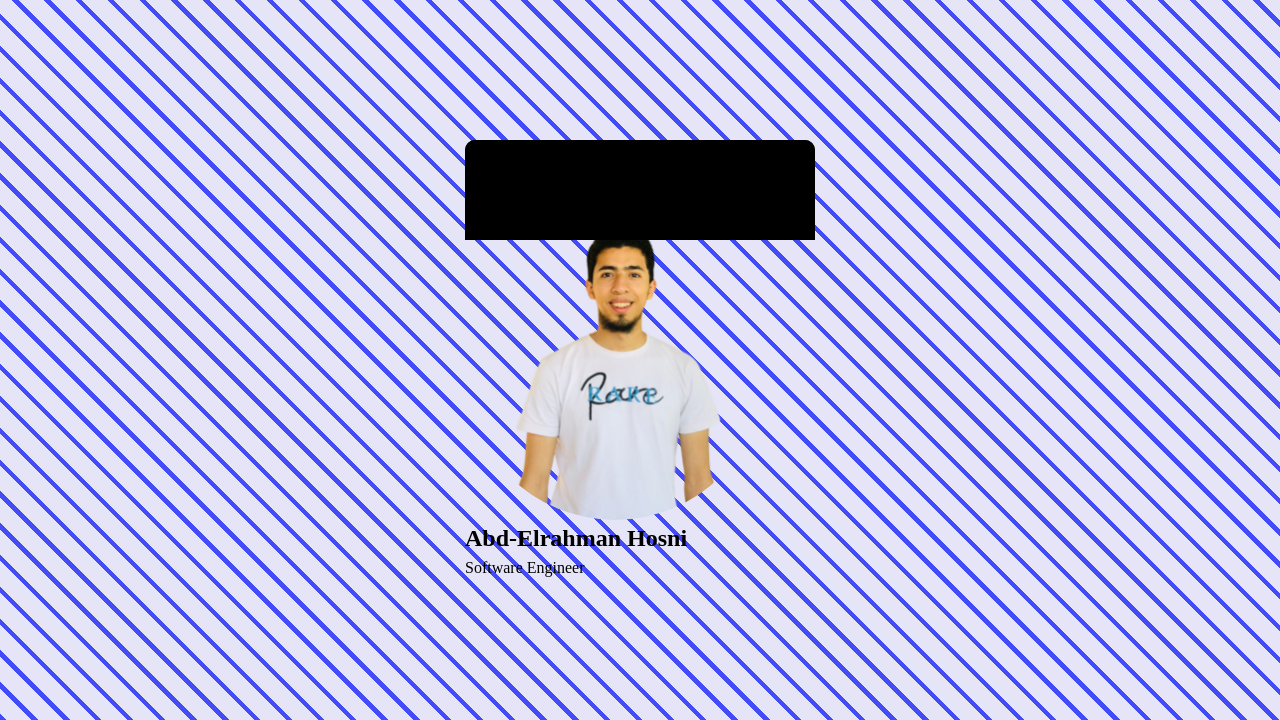
Repository: Abdo-Hosni123/Html-and-css-projects
Page: index.html
The author's editor kept a copy of each file at every save. The page is drawn from the files as they stood at one save, then again after the next save.
The browser window is 1280 px wide. The pictures show the whole page.

Above is the page before, as saved 2023-12-05 22:09:01.

After the next save:
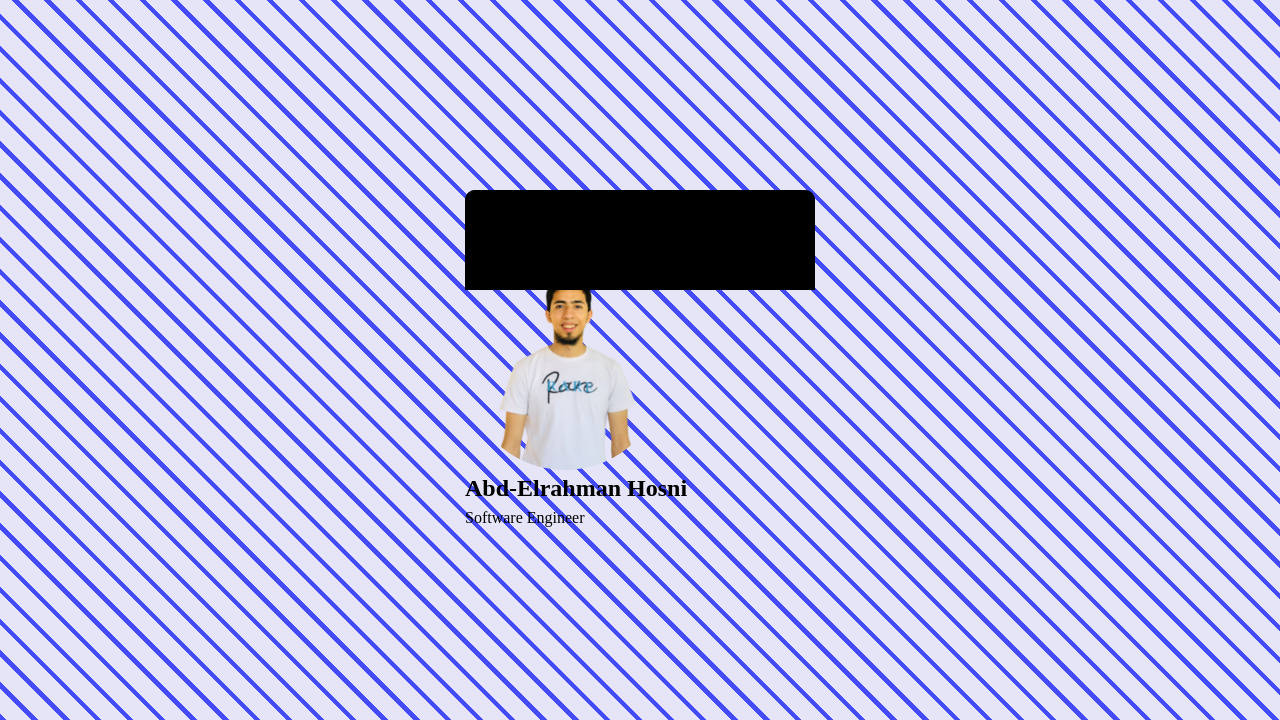
Saved 23 s later.
--- a/Style.css
+++ b/Style.css
@@ -53,6 +53,7 @@
 .card-img{
     margin-top: -20px;
     border-radius: 50%;
-    width: 300px;
+    height: 200px;
+
 
 }
